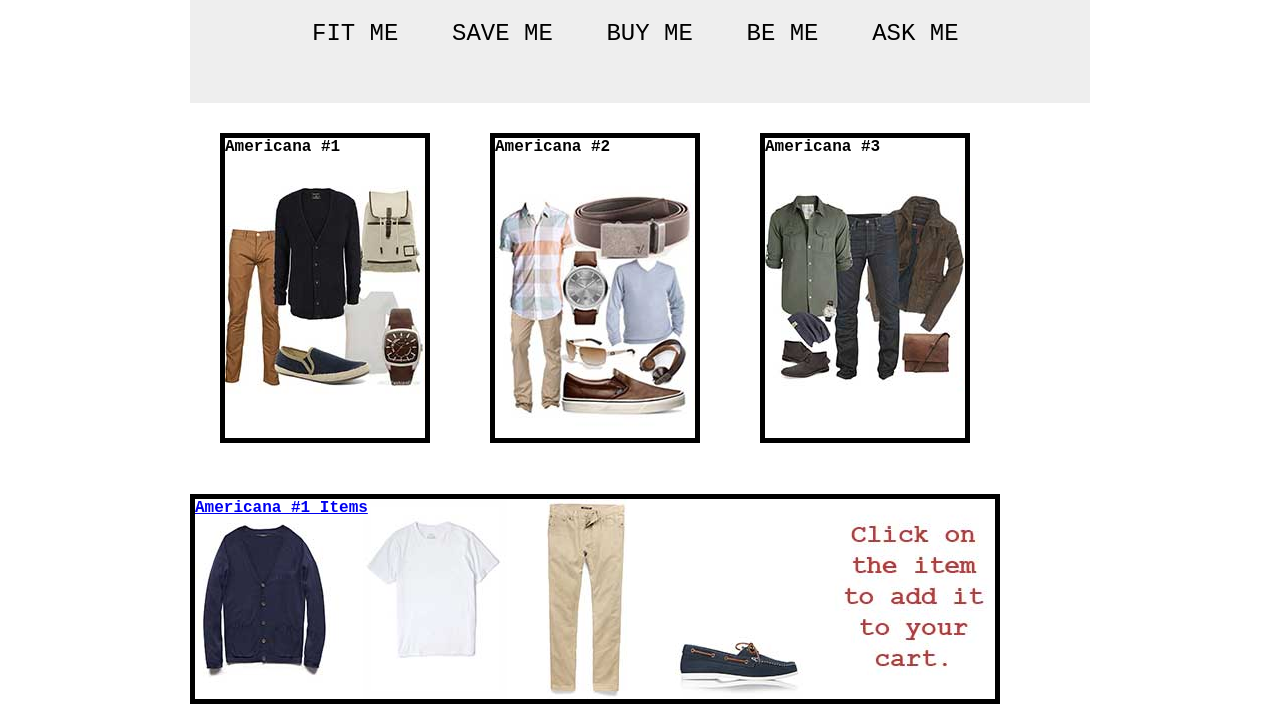
Repository: kesquili/kesquili.github.io
Page: fitin/buyme_americana.html
The author's editor kept a record of every edit. The page is drawn from the files as they stood at one moment, then again after the next edit.
The browser window is 1280 px wide. The pictures show the whole page.

Above is the page before.

After the next edit:
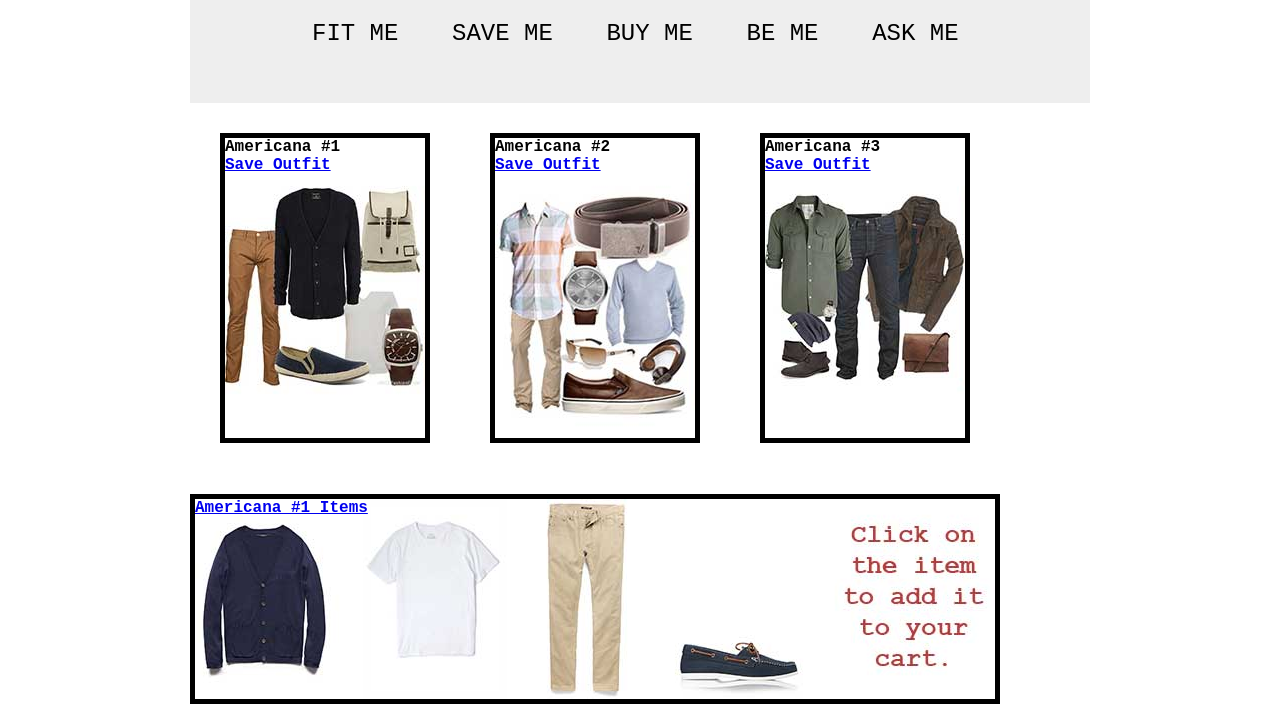
The edit:
--- a/fitin/buyme_americana.html
+++ b/fitin/buyme_americana.html
@@ -20,9 +20,9 @@
         <br>
         <br>
         <div class="results">
-            <h4 id="americana3">Americana #1</h4>
-            <h4 id="americana2">Americana #2</h4>
-            <h4 id="americana1">Americana #3</h4>
+            <h4 id="americana3">Americana #1 <br> <a href="saveme.html">Save Outfit</a></h4>
+            <h4 id="americana2">Americana #2 <br> <a href="saveme.html">Save Outfit</a></h4>
+            <h4 id="americana1">Americana #3 <br> <a href="saveme.html">Save Outfit</a></h4>
         </div>
         <div class="breakdown">
             <h4 id="americana"><a href="saveme.html">Americana #1 Items</a></h4>
